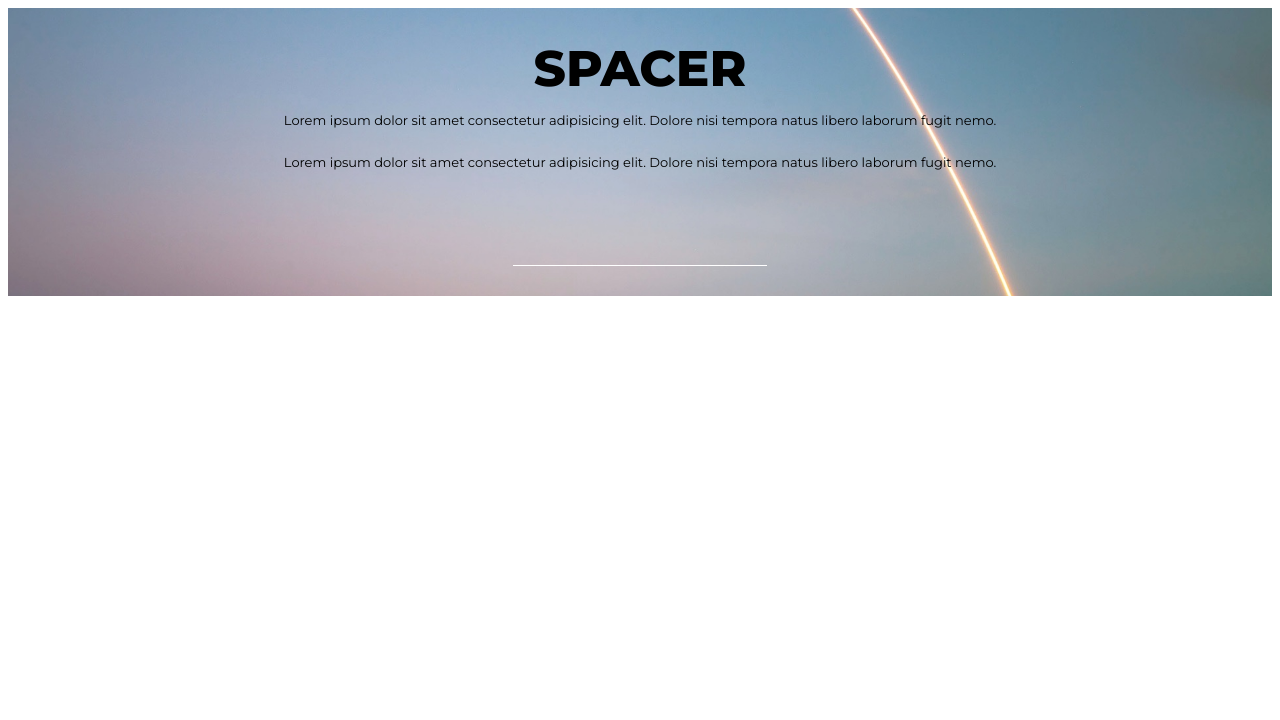
Repository: Trelefele/spacer-roman
Page: /
These files come from the project's save history. The page is drawn as it stood at one moment and after the next save; the edit follows.
The browser window is 1280 px wide. The pictures show the whole page.
The project was rebuilt for these pictures with package versions that can differ from the ones it lists, and the page was loaded fresh each time.

Above is the page before, as saved 2019-02-03 19:21:43.

After the next save:
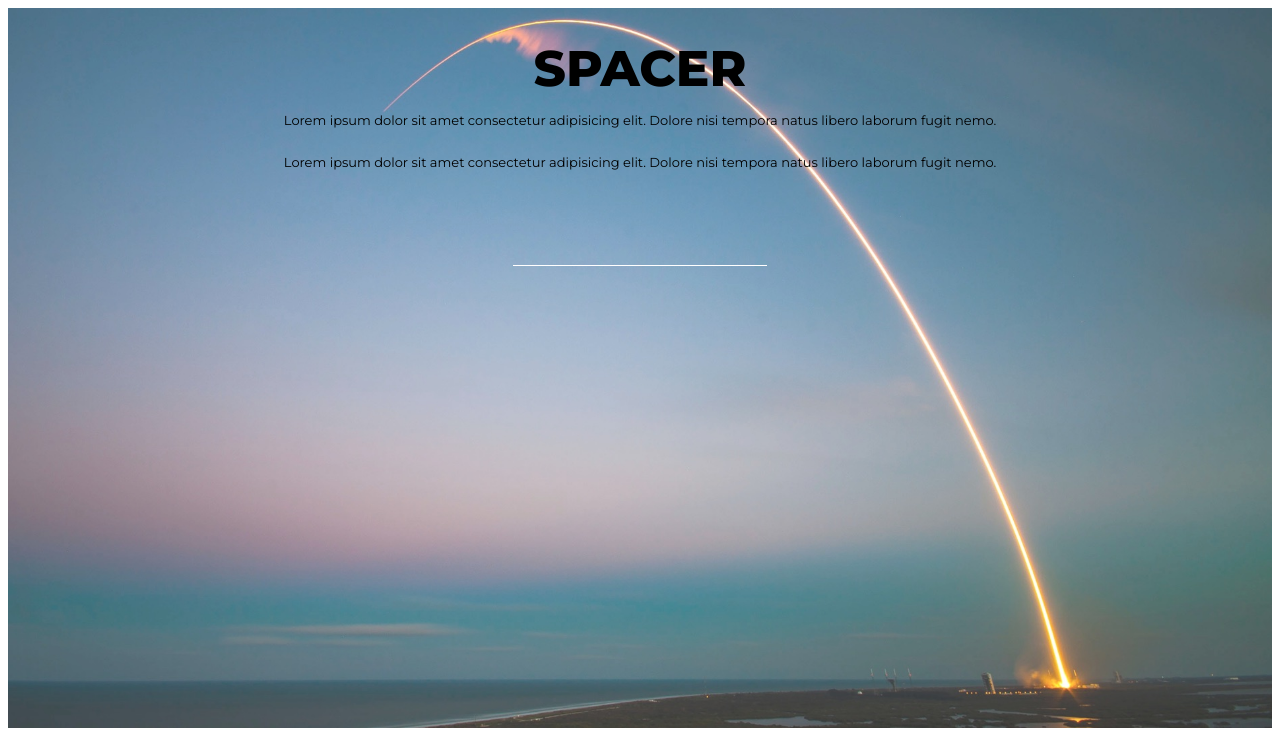
Saved 23 s later.
--- a/src/views/Search.vue
+++ b/src/views/Search.vue
@@ -49,6 +49,7 @@ export default {
         margin: 0;
         padding: 30px;
         width: 100%;
+        height: 100vh;
         background-image: url('../assets/heroimage.jpg');
         background-repeat: no-repeat;
         background-size: cover;
